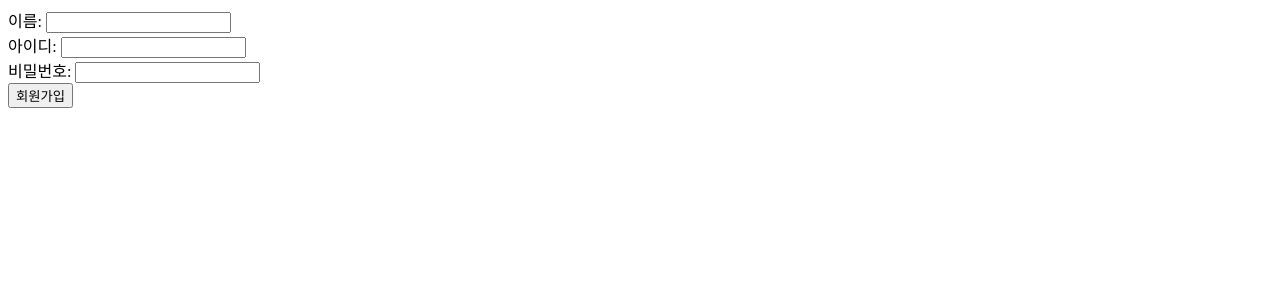
Repository: Shinipsae/2020JavaWeb-study
Page: http://localhost/servletex/view/signup.jsp
An editor plug-in stored every save of this project. The page is shown before and after a run of saves, followed by the edit.
The browser window is 1280 px wide. The pictures show the whole page.
The page is served by Tomcat 9. Other server files are loaded and not shown.

Above is the page before, as saved 2020-09-26 04:51:42.

### servletex/WebContent/view/signup.jsp
<%@ page language="java" contentType="text/html; charset=UTF-8"
    pageEncoding="UTF-8"%>
<!DOCTYPE html>
<html>
<head>
<meta charset="UTF-8">
<title>회원가입</title>
</head>
<body>
<form action="post" action = "<%=request.getContextPath()%>/signup">
	이름: <input type="text" name="name"> <br>
	아이디: <input type="text" name="id"> <br>
	비밀번호: <input type="text" name="pw"> <br>
	<input type="submit" value="회원가입">
</form>
</body>
</html>

After the next 2 saves:
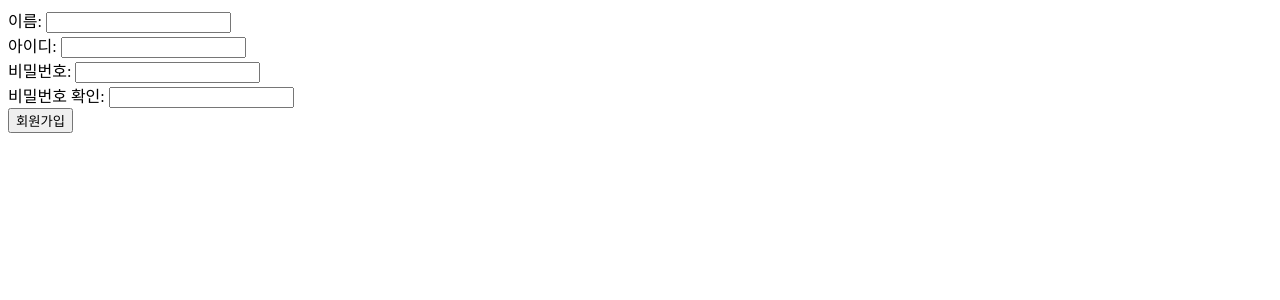
The 2 saves are shown as one change because they came seconds apart.
The last was saved 69 s later.
--- a/servletex/WebContent/view/signup.jsp
+++ b/servletex/WebContent/view/signup.jsp
@@ -10,7 +10,8 @@
 <form action="post" action = "<%=request.getContextPath()%>/signup">
 	이름: <input type="text" name="name"> <br>
 	아이디: <input type="text" name="id"> <br>
-	비밀번호: <input type="text" name="pw"> <br>
+	비밀번호: <input type="text" name="pw1"> <br>
+	비밀번호 확인: <input type="text" name="pw2"> <br>
 	<input type="submit" value="회원가입">
 </form>
 </body>
